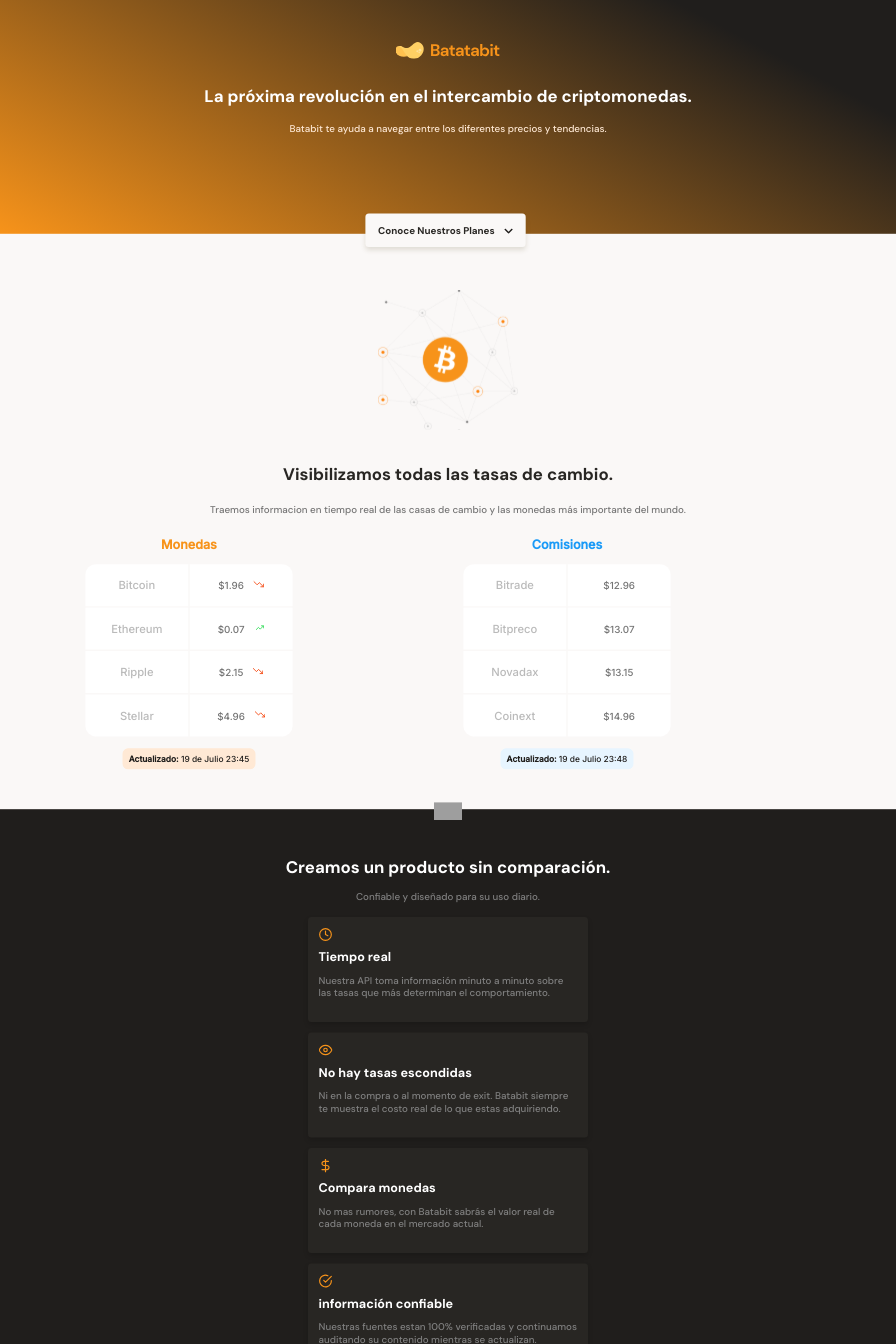
Repository: EnzoSz/Mobile-First
Page: index.html
The author's editor kept a copy of each file at every save. The page is drawn from the files as they stood at one save, then again after the next save.
The browser window is 1280 px wide. The pictures show the part of the page from y = 0 to 1920 px (the page is 2982 px tall), at 70% of full size.
Pictures or frames that could not be fetched are drawn as grey boxes.

Above is the page before, as saved 2021-02-05 13:23:07.

### index.html
<!DOCTYPE html>
<html lang="en">
<head>
    <meta charset="UTF-8">
    <meta name="viewport" content="width=device-width, initial-scale=1.0">
    <title>Document</title>
    <link rel="preconnect" href="https://fonts.gstatic.com">
    <link href="https://fonts.googleapis.com/css2?family=DM+Sans:wght@400;500;700&family=Inter:wght@300;500&display=swap" rel="stylesheet">
    <link rel="stylesheet" href="./estilos.css">
</head>
<body>
    <header>
        <img src="./assets/img/logo.svg" alt="">
        <div class="header--title-container">
            <h1>La próxima revolución en el intercambio de criptomonedas.</h1>
            <p>Batabit te ayuda a navegar entre los diferentes precios y tendencias.</p>
            <a href="#plans" class="header--button">Conoce Nuestros Planes <span></span></a>
        </div>
    </header>
    <main>
        <section class="main-exchange-container">
            <div class="backgroundImg"></div>
            <div class="main.exchange-container--title">
                <h2>Visibilizamos todas las tasas de cambio.</h2>
                <p>
                    Traemos informacion en  tiempo real de las casas de cambio y las monedas más importante del mundo.

                </p>
            </div>
            <section class="main-tables-container">
                <div class="main-currency-table">
                    <p class="currency-table--title">Monedas</p>
                    <div class="currency-table--container">
                        <table>
                            <tr>
                                <td class="table__top-left">Bitcoin</td>
                                <td class="table__top-right table__right">$1.96 <span class="down"></span></td>
                            </tr>
                            <tr>
                                <td>Ethereum</td>
                                <td class="table__right">$0.07 <span class="up"></span></td>
                            </tr>
                            <tr>
                                <td>Ripple</td>
                                <td class="table__right">$2.15 <span class="down"></span></td>
                            </tr>
                            <tr>
                                <td class="table__bottom-left">Stellar</td>
                                <td class="table__bottom-right table__right">$4.96 <span class="down"></span></td>
                            </tr>
                        </table>
                    </div>
                    <div class="currency-table-date">
                        <p>
                            <b>Actualizado:</b> 19 de Julio 23:45
                        </p>
                    </div>
                </div>
                <div class="main-commissions-table">
                    <p class="commissions-table--title">Comisiones</p>
                    <div class="commissions-table--container">
                        <table>
                            <tr>
                                <td class="table__top-left">Bitrade</td>
                                <td class="table__top-right table__right">$12.96</td>
                            </tr>
                            <tr>
                                <td>Bitpreco</td>
                                <td class="table__right">$13.07</td>
                            </tr>
                            <tr>
                                <td>Novadax</td>
                                <td class="table__right">$13.15</td>
                            </tr>
                            <tr>
                                <td class="table__bottom-left">Coinext</td>
                                <td class="table__bottom-right table__right">$14.96</td>
                            </tr>
                        </table>
                    </div>
                    <div class="commissions-table-date">
                        <p>
                            <b>Actualizado:</b> 19 de Julio 23:48
                        </p>
                    </div>
                </div>
            </section>
        </section>
        <section class="main-product-detail">
            <span class="product-detail--batata-logo"></span>
            <div class="product-detail--title">
                <h2>
                    Creamos un producto sin comparación.
                </h2>
                <p>
                    Confiable y diseñado para su uso diario.
                </p>
            </div>
            <section class="product-cards--container">
                <article class="product-detail--card">
                    <span class="icon-card clock"></span>
                    <p class="product--card-title">Tiempo real</p>
                    <p class="product--card-body">
                        Nuestra API toma información minuto a minuto sobre las tasas que más determinan el comportamiento.
                    </p>
                </article>
                <article class="product-detail--card">
                    <span class="icon-card eye "></span>
                    <p class="product--card-title">No hay tasas escondidas</p>
                    <p class="product--card-body">
                        Ni en la compra o al momento de exit. Batabit siempre te muestra el costo real de lo que estas adquiriendo.
                    </p>
                </article>
                <article class="product-detail--card">
                    <span class="icon-card dollar "></span>
                    <p class="product--card-title">Compara monedas</p>
                    <p class="product--card-body">
                        No mas rumores, con Batabit sabrás el valor real de cada moneda en el mercado actual.
                    </p>
                </article>
                <article class="product-detail--card">
                    <span class="icon-card check "></span>
                    <p class="product--card-title">información confiable</p>
                    <p class="product--card-body">
                        Nuestras fuentes estan 100% verificadas y continuamos auditando su contenido mientras se actualizan.
                    </p>
                </article>
            </section>

        </section>
        <section class="bitcoin-img-container">
            <h2>Conócelo hoy.</h2>
        </section>
        <section id="plans" class="main-plans-container">
            <div class="plans--title">
                <h2>Escoge un plan que mejor se ajuste a ti.</h2>
                <p>Cualquier plan te da acceso completo a nuestra plataforma.</p>
            </div>
            <section class="plans-container--slider">
                <article class="plan-container--card">
                    <p class="recomendado">Recomendado</p>
                    <div class="plan-info-container">
                        <h3 class="plan-card--title">Pago Anual</h3>
                        <p class="plan-card--price"><span>$</span>99</p>
                        <p class="plan-card--saving">* Ahorras $129 comparado al plan mensual.</p>
                        <button class="plan-card--ca">Escoger este <span></span></button>
                    </div>
                </article>
                <article class="plan-container--card">
                    <p class="basico">Basico</p>
                    <div class="plan-info-container">
                        <h3 class="plan-card--title">Pago Mensual</h3>
                        <p class="plan-card--price"><span>$</span>150</p>
                        <p class="plan-card--saving">* Contas con todos los beneficios.</p>
                        <button class="plan-card--ca">Escoger este <span></span></button>
                    </div>
                </article>
                <article class="plan-container--card">
                    <p class="premium">Premiun</p>
                    <div class="plan-info-container">
                        <h3 class="plan-card--title">Pago Anual</h3>
                        <p class="plan-card--price"><span>$</span>200</p>
                        <p class="plan-card--saving">* Podrás invitar a un familiar o amigo.</p>
                        <button class="plan-card--ca">Escoger este <span></span></button>
                    </div>
                </article>
            </section>
        </section>
    </main>
    <footer></footer>
</body>
</html>

### estilos.css
/*
1. Posicionamiento
2. Modelo de caja (Box model)
3. Tipografía
4. Visuales
5. Otros
*/
:root {
    /*Colores */
    --bitcoin-orange: #F7931A;
    --soft-orange: #FFE9D5;
    --secondary-blue: #1A9AF7;
    --soft-blue: #E7F5FF;
    --warm-black: #201E1C;
    --warm-black1: #282623;
    --grey: #BABABA;
    --off-white: #FAF8F7;
    --just-white: #FFFFFF;
}
* {
    box-sizing: border-box;
    margin: 0;
    padding: 0;
}
html {
    font-size: 62.5%;
    font-family: 'DM Sans', sans-serif;
}
header {
    position: relative;
    display: flex;
    flex-direction: column;
    justify-content: center;
    width: 100%;
    min-width: 32rem;
    height: 33.4rem;
    text-align: center;
    background: linear-gradient(207.8deg, #201E1C 16.69%, #F7931A 100%);;
}
header img {
    width: 15rem;
    height: 2.4rem;
    margin-top: 6.0rem;
    align-self:center;
}
.header--title-container {
    width: 90%;
    min-width: 28.8rem;
    max-width: 90rem;
    height: 21.8rem;
    margin-top: 4rem;
    text-align: center;
    align-self:center;

}
.header--title-container h1 {
    font-size: 2.4rem;
    font-weight: bold;
    line-height: 2.6rem;
    color: var(--just-white);
}
.header--title-container p {
    margin-top: 25px;
    font-size: 1.4rem;
    font-weight: 500;
    line-height: 1.8rem;
    color: var(--soft-orange);
}
.header--title-container .header--button {
    position: absolute;
    left: calc(50% - 118px);
    top: 270px;
    display: block;
    margin-top: 35px;
    padding: 15px;
    width: 229px;
    height: 48px;
    background-color: var(--off-white);
    /*Sombra*/
    box-shadow: 0px 4px 8px rgba(89, 73, 30, 0.16);
    border: none;
    border-radius: 5px;
    font-size: 1.4rem;
    font-weight: bold;
    text-decoration: none;
    color: var(--warm-black1);
}
.header--button span {
    display: inline-block;
    width: 13px;
    height: 8px;
    margin-left: 10px;
    background-image: url('./assets/icons/arrow-down.svg');
}
main {
    width: 100%;
    height: auto;
    background-color: var(--off-white);
}
.main-exchange-container {
    width: 100%;
    height: auto;
    padding-top: 80px;
    padding-bottom: 30px;
    text-align: center;
}
.main-exchange-container--title {
    width: 90%;
    min-width: 288px;
    max-width: 900px;
    margin: 0 auto;
}
.main-exchange-container .backgroundImg {
    width: 200px;
    height: 200px;
    margin: 0 auto;
    margin-bottom: 50px;
    background-image:url('./assets/img/bitcoin.svg');
    background-size: cover;
    background-position: center;
    background-repeat: no-repeat;
}
.main-exchange-container h2 {
    margin-bottom: 30px;
    font-size: 2.4rem;
    font-weight: bold;
    line-height: 2.6rem;
    color: var(--warm-black1);
}
.main-exchange-container p {
    margin-bottom: 30px;
    font-size: 1.4rem;
    font-weight: 500;
    line-height: 1.6rem;
    color: #757575;
}
.main-tables-container {
    display: flex;
    height: 360px;
    overflow-x: scroll;
    overscroll-behavior: contain;
    scroll-snap-type: x proximity;
}
.main-currency-table, .main-commissions-table {
    width: 70%;
    scroll-snap-align: center;
    min-width: 235px;
    max-width: 500px;
    height: 360px;
    margin: 0 20px;
    font-family: "Inter", sans-serif;
}
.main-currency-table .currency-table--title {
    margin-bottom: 15px;
    font-size: 1.8rem;
    font-weight: bold;
    line-height: 2.3rem;
    color: var(--bitcoin-orange);
}
.currency-table--container, .commissions-table--container {
    width: 90%;
    min-width: 230px;
    max-width: 300px;
    height: 250px;
    margin: 0 auto;
}
.currency-table--container table, .commissions-table--container table {
    width: 100%;
    height: 100%;
}
.currency-table--container td, .commissions-table--container td {
    width: 50%;
    font-size: 1.6rem;
    font-weight: 500;
    line-height: 1.9rem;
    color: var(--grey);
    background-color: var(--just-white);
}
.currency-table--container .table__top-left, .commissions-table--container .table__top-left {
    border-radius: 15px 0 0 0;
}
.currency-table--container .table__top-right, .commissions-table--container .table__top-right {
    border-radius: 0 15px 0 0;
}
.currency-table--container .table__bottom-left, .commissions-table--container .table__bottom-left {
    border-radius: 0 0 0 15px;
}
.currency-table--container .table__bottom-right, .commissions-table--container .table__bottom-right {
    border-radius: 0 0 15px 0;
}
.currency-table--container .table__right, .commissions-table--container .table__right {
    font-size: 1.4rem;
    font-weight: normal;
    line-height: 1.7rem;
    color: #757575;
}
.currency-table--container .down {
    display: inline-block;
    width: 15px;
    height: 15px;
    margin-left: 10px;
    background-image: url('./assets/icons/trending-down.svg');
    background-size: cover;
    background-position: center;
    background-repeat: no-repeat;
}
.currency-table--container .up {
    display: inline-block;
    width: 15px;
    height: 15px;
    margin-left: 10px;
    background-image:url('./assets/icons/trending-up.svg');
    background-position: center;
    background-repeat:no-repeat;
}
.currency-table-date {
    width: 190px;
    height: 30px;
    margin: 0 auto;
    margin-top: 15px;
    padding: 8px;
    background-color: var(--soft-orange);
    border-radius: 8px;
}
.currency-table-date p {
    font-size: 1.2rem;
    line-height: 1.5rem;
    color: var(--warm-black);
}
.main-commissions-table .commissions-table--title {
    margin-bottom: 15px;
    font-size: 1.8rem;
    font-weight: bold;
    line-height: 2.3rem;
    color: var(--secondary-blue);
}
.commissions-table-date {
    width: 190px;
    height: 30px;
    margin: 0 auto;
    margin-top: 15px;
    padding: 8px;
    background-color: var(--soft-blue);
    border-radius: 8px;
}
.commissions-table-date p {
    font-size: 1.2rem;
    line-height: 1.5rem;
    color: var(--warm-black);
}
.main-product-detail {
    position: relative;
    width: 100%;
    min-width: 320px;
    height: auto;
    padding: 20px 10px;
    background-color: var(--warm-black);
}
.product-detail--batata-logo {
    position: absolute;
    width: 40px;
    height: 25px;
    top: -10px;
    left: calc(50% - 20px);
    background-image: url('./assets/icons/batata.svg');
}
.product-detail--title {
    width: 90%;
    min-width: 288px;
    height: auto;
    margin: 0 auto;
    margin-top: 50px;
    text-align: center;
}
.product-detail--title h2 {
    margin-bottom: 20px;
    font-size: 2.4rem;
    font-weight: bold;
    line-height: 2.6rem;
    color: var(--just-white);
}
.product-detail--title p {
    margin-bottom: 20px;
    font-size: 1.4rem;
    font-weight: 500;
    line-height: 1.8rem;
    color: #808080;
}
.product-detail--card {
    width: 90%;
    min-width: 288px;
    max-width: 400px;
    min-height: 150px;
    margin: 15px auto;
    padding: 15px;
    background-color:var(--warm-black1);
    border-radius: 5px;
    box-shadow: 0 4px 8px rgba(0, 0, 0, 0.16);
}
.product-detail--card .icon-card {
    display: inline-block;
    width: 20px;
    height: 20px;
    margin-bottom: 10px;
    background-size: cover;
    background-position: center;
    background-repeat: no-repeat;
}
.clock {
    background-image: url('./assets/icons/clock.svg');
}
.product--card-title {
    margin-bottom: 15px;
    font-size: 1.8rem;
    font-weight: bold;
    line-height: 1.8rem;
    color: var(--just-white);
}
.product--card-body {
    font-size: 1.4rem;
    font-weight: 500;
    line-height: 1.8rem;
    color: #808080;
}
.eye {
    background-image: url('./assets/icons/eye.svg');
}
.dollar {
    background-image: url('./assets/icons/dollar-sign.svg');
}
.check {
    background-image: url('./assets/icons/check-circle.svg');
}
.bitcoin-img-container {
    width: 100%;
    min-width: 320px;
    height: 60vh;
    background-image: url('./assets/img/bitcoinbaby1.jpg');
    background-position: center;
    background-size: cover;
    background-repeat: no-repeat;
    text-align: center;
}
.bitcoin-img-container h2 {
    padding-top: 30px;
    font-size: 2.4rem;
    font-weight: bold;
    line-height: 2.6rem;
    color: var(--just-white);
}
.main-plans-container {
    width: 100%;
    min-width: 320px;
    padding-bottom: 70px;
    text-align: center;

}
.plans--title {
    width: 90%;
    min-width: 288px;
    height: auto;
    margin: 0 auto;
    margin-bottom: 50px;
}
.plans--title h2 {
    padding-top: 50px;
    font-size: 2.4rem;
    font-weight: bold;
    line-height: 2.6rem;
    color: var(--warm-black);
}
.plans--title p {
    padding-top: 30px;
    font-size: 1.4rem;
    font-weight: 500;
    line-height: 1.8rem;
    color: #757575;
}
.plan-container--card {
    position: relative;
    scroll-snap-align: center;
    width: 70%;
    min-width: 230px;
    max-width: 300px;
    height: 250px;
    margin: 50px 10px 0;
    padding: 0 15px;
    background-color: var(--just-white);
    border-radius: 15px;
    box-shadow: 0 4px 8px rgba(89, 73,30, 0.16);
}
.recomendado, .basico, .premium {
    position: absolute;
    width: 120px;
    height: 31px;
    top: -15px;
    left: calc(50% - 60px);
    font-size: 1.2rem;
    background-color: var(--bitcoin-orange);
    border-radius: 8px;
    color: var(--just-white);
    padding: 6px;
}
.plan-card--title {
    padding-top: 30px;
    font-size: 1.4rem;
    font-weight: 500;
    line-height: 1.8rem;
    color: black;

}
.plan-card--price {
    padding: 5px 0;
    font-size: 5.2rem;
    font-weight: bold;
    line-height: 5.3rem;
    color: black;
}
.plan-card--price span {
    font-size: 1.2rem;
    font-weight: 300;
    vertical-align: text-top;
}
.plan-card--saving {
    font-size: 1.2rem;
    color: #757575;
}
.plan-card--ca {
    width: 150px;
    height: 48px;
    margin-top: 20px;
    background-color: #FAF8F7;
    border: 2px solid var(--bitcoin-orange);
    border-radius: 4px;
    font-size: 1.4rem;
    font-family: 'DM Sans', sans-serif;
    font-weight: bold;
    line-height: 1.8rem;
    color: var(--warm-black);

}
.plan-card--ca span {
    display: inline-block;
    width: 20px;
    height: 20px;
    background-image: url('./assets/icons/arrow-right.svg');
    vertical-align: text-bottom;
}
.plans-container--slider {
    display: flex;
    height: 316px;
    overflow-x: scroll;
    overscroll-behavior: contain;
    scroll-snap-type: x proximity;
}

After the next save:
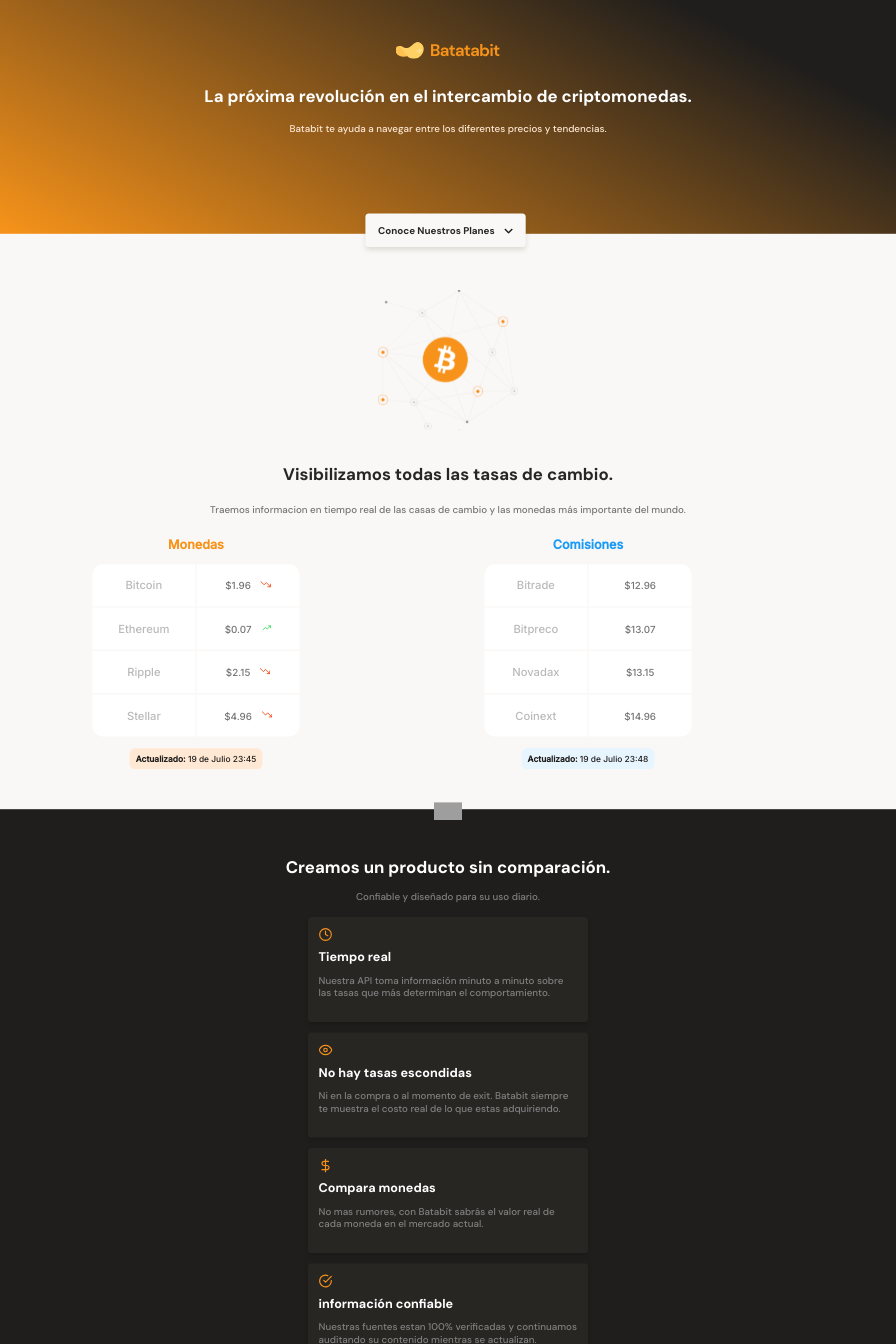
Saved 106 s later.
--- a/estilos.css
+++ b/estilos.css
@@ -147,7 +147,7 @@
     min-width: 235px;
     max-width: 500px;
     height: 360px;
-    margin: 0 20px;
+    margin: 0 30px;
     font-family: "Inter", sans-serif;
 }
 .main-currency-table .currency-table--title {
